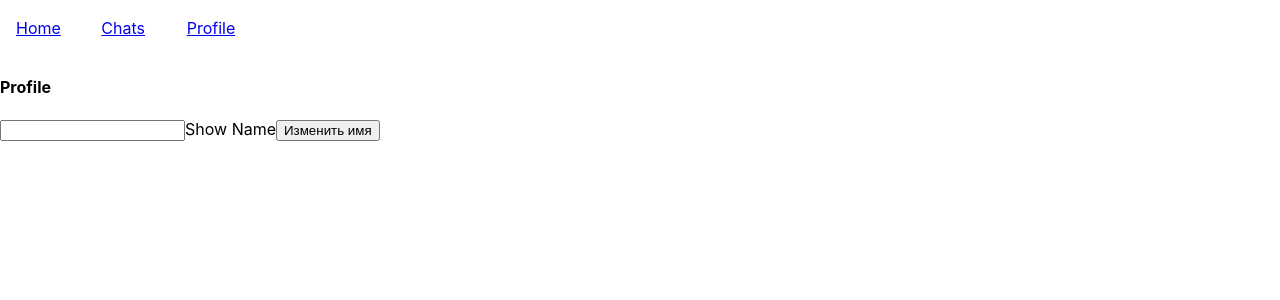
Repository: gjohn85456/gb_react
Page: /profile
The author's editor kept a copy of each file at every save. The page is drawn from the files as they stood at one save, then again after the next save.
The browser window is 1280 px wide. The pictures show the whole page.
The project was rebuilt for these pictures with package versions that can differ from the ones it lists, and the page was loaded fresh each time. Also part of the build but not shown: src/components/MessageList.js, src/components/ChatList.js, src/pages/NoChats.js, src/pages/Chats.js, src/pages/Home.js.

Above is the page before, as saved 2022-02-05 19:12:55.

After the next save:
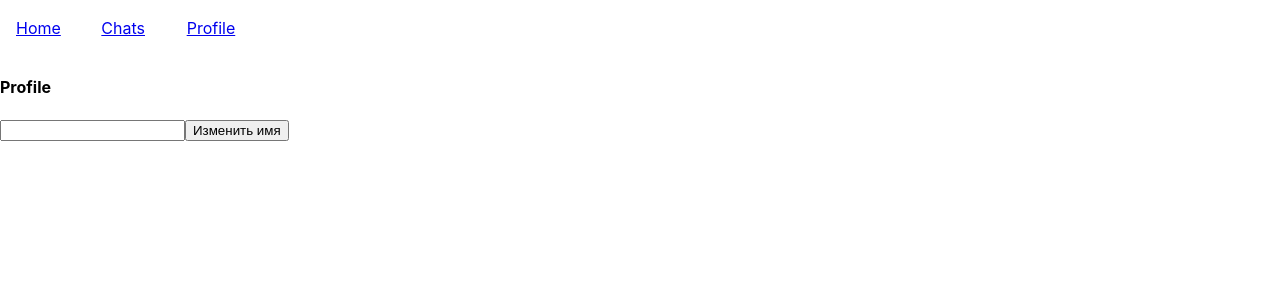
Saved 50 s later.
--- a/src/pages/Profile.js
+++ b/src/pages/Profile.js
@@ -23,7 +23,6 @@ const Profile = () => {
                 value={value}
                 onChange={handleChange}
             />
-            <span>Show Name</span>
             <button onClick={setName}> Изменить имя
             </button>
         </div>
